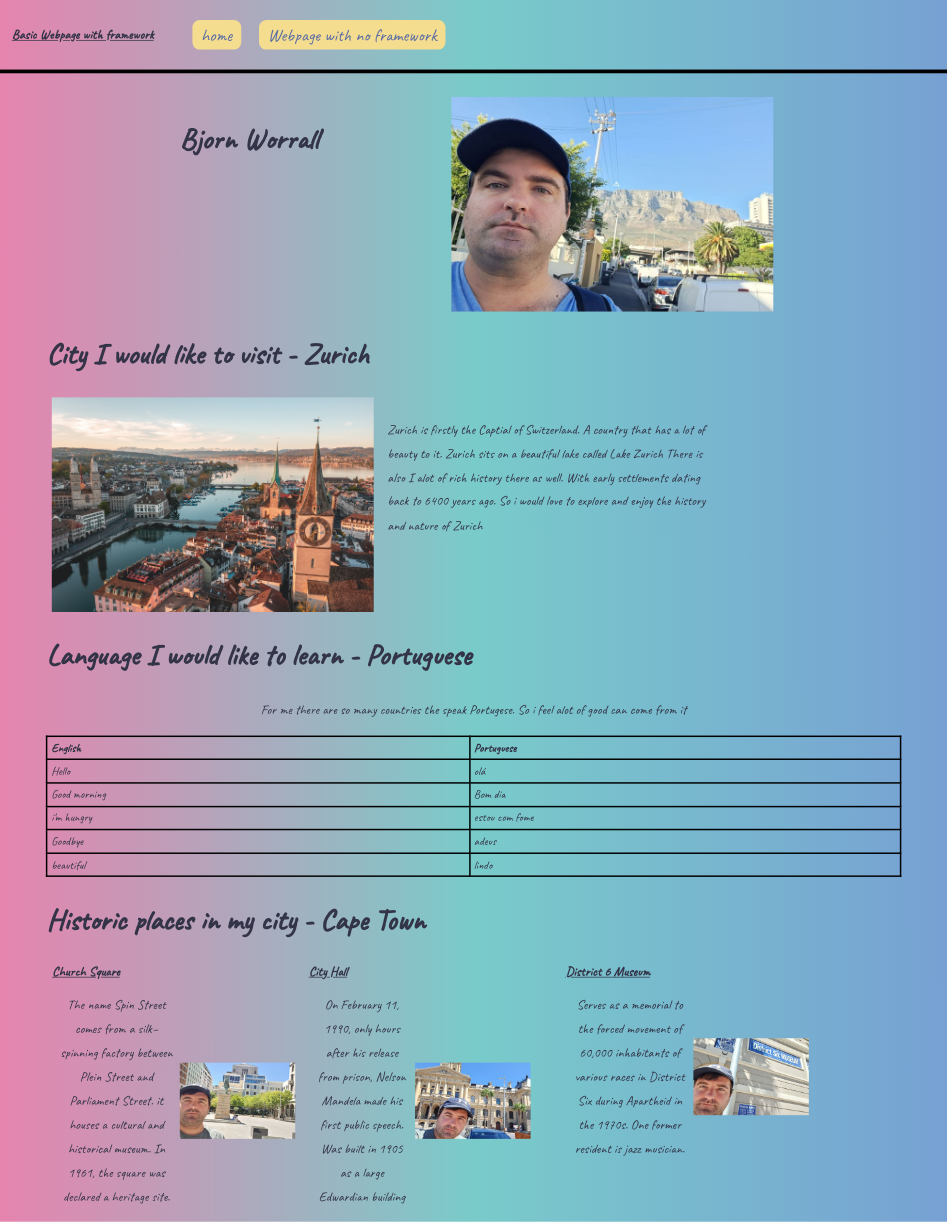
Repository: lasity34/basic-webpage
Page: my - webpage - grid.html
The author's editor kept a copy of each file at every save. The page is drawn from the files as they stood at one save, then again after the next save.
The browser window is 1280 px wide. The pictures show the whole page, at 74% of full size.

Above is the page before, as saved 2023-03-07 14:43:27.

### my - webpage - grid.html
<!DOCTYPE html>
<html lang="en">
  <link rel="stylesheet" type="text/css" href="simple-grid.css" />
  <!-- <link rel="stylesheet" type="text/css" href="styles.css" /> -->
  <link rel="preconnect" href="https://fonts.googleapis.com" />
  <link rel="preconnect" href="https://fonts.gstatic.com" crossorigin />
  <link
    href="https://fonts.googleapis.com/css2?family=Caveat&display=swap"
    rel="stylesheet"
  />

  <head>
    <meta charset="UTF-8" />
    <meta http-equiv="X-UA-Compatible" content="IE=edge" />
    <meta name="viewport" content="width=device-width, initial-scale=1.0" />
    <title>Bjorns Profile Reponsive</title>
  </head>
  <body>
    <header>
      <nav id="nav_profile">
        <h4>Basic Webpage with framework</h4>
        <ul>
          <li><a href="./index.html">home</a></li>
          <li><a href="./my - webpage.html">Webpage with no framework</a></li>
        </ul>
      </nav>
    </header>
    <main>
      <div class="container">
        <section class="row">
          <div class="col-6">
            <h1 id="profile_name">Bjorn Worrall</h1>
          </div>
          <img
            class="col-5"
            src="./images/profile.jpg"
            alt="A picture of me with table Mountain at the back"
          />
        </section>
        <section class="row">
          <h1>City I would like to visit - Zurich</h1>
          <div id="city_container">
            <img src="./images/zurich.jpg" class="col-5" />
            <p class="col-5">
              Zurich is firstly the Captial of Switzerland. A country that has a
              lot of beauty to it. Zurich sits on a beautiful lake called Lake
              Zurich There is also I alot of rich history there as well. With
              early settlements dating back to 6400 years ago. So i would love
              to explore and enjoy the history and nature of Zurich
            </p>
          </div>
        </section>
        <section id="language">
          <h1>Language I would like to learn - Portuguese</h1>
          <p>
            For me there are so many countries the speak Portugese. So i feel
            alot of good can come from it
          </p>

          <table>
            <tr>
              <th>English</th>
              <th>Portuguese</th>
            </tr>
            <tr>
              <td>Hello</td>
              <td>olá</td>
            </tr>
            <tr>
              <td>Good morning</td>
              <td>Bom dia</td>
            </tr>
            <tr>
              <td>i'm hungry</td>
              <td>estou com fome</td>
            </tr>
            <tr>
              <td>Goodbye</td>
              <td>adeus</td>
            </tr>
            <tr>
              <td>beautiful</td>
              <td>lindo</td>
            </tr>
          </table>
        </section>

        <!-- historic places -->

        <section class="row">
          <h1>Historic places in my city - Cape Town</h1>
          <div class="col-4">
            <h4>Church Square</h4>
            <div class="align">
              <p class="col-6-sm col-6">
                The name Spin Street comes from a silk–spinning factory between
                Plein Street and Parliament Street. it houses a cultural and
                historical museum. In 1961, the square was declared a heritage
                site.
              </p>
              <img class="col-6-sm col-6" src="./images/church_square.jpg" />
            </div>
          </div>
          <div class="col-4">
            <h4>City Hall</h4>
            <div class="align">
              <img class="col-6-sm col-6" src="./images/city_hall.jpg" />
              <div class="col-6-sm col-5" id="places_info_hall">
                <p>
                  On February 11, 1990, only hours after his release from
                  prison, Nelson Mandela made his first public speech. Was built
                  in 1905 as a large Edwardian building
                </p>
              </div>
            </div>
          </div>
          <div class="col-4">
            <h4>District 6 Museum</h4>
            <div class="align">
              <p class="col-6-sm col-6">
                Serves as a memorial to the forced movement of 60,000
                inhabitants of various races in District Six during Apartheid in
                the 1970s. One former resident is jazz musician.
              </p>
              <img class="col-6-sm col-6" src="./images/district_6.jpg" />
            </div>
          </div>
        </section>
      </div>
    </main>
  </body>
</html>

### simple-grid.css
/**
*** SIMPLE GRID
*** (C) ZACH COLE 2016
**/

@import url(https://fonts.googleapis.com/css?family=Lato:400,300,300italic,400italic,700,700italic);

/* UNIVERSAL */

html,
body {
  height: 100%;
  width: 100%;
  margin: 0;
  padding: 0;
  left: 0;
  top: 0;
  font-size: 100%;
  background: #77a1d3; /* fallback for old browsers */
  background: -webkit-linear-gradient(
    to right,
    #e684ae,
    #79cbca,
    #77a1d3
  ); /* Chrome 10-25, Safari 5.1-6 */
  background: linear-gradient(
    to right,
    #e684ae,
    #79cbca,
    #77a1d3
  ); /* W3C, IE 10+/ Edge, Firefox 16+, Chrome 26+, Opera 12+, Safari 7+ */
}

/* ROOT FONT STYLES */

/* * {
  font-family: "Lato", Helvetica, sans-serif;

  line-height: 1.5;
} */

/* TYPOGRAPHY */

h1 {
  font-size: 2.5rem;
}

h2 {
  font-size: 2rem;
}

h3 {
  font-size: 1.375rem;
}

h4 {
  font-size: 1.125rem;
  text-align: left;
  margin: 0;
  text-decoration: underline;
}

h5 {
  font-size: 1rem;
}

h6 {
  font-size: 0.875rem;
}

p {
  font-size: 1.125rem;
  font-weight: 200;
  line-height: 1.8;
}

.font-light {
  font-weight: 300;
}

.font-regular {
  font-weight: 400;
}

.font-heavy {
  font-weight: 700;
}

/* POSITIONING */

.left {
  text-align: left;
}

.right {
  text-align: right;
}

.center {
  text-align: center;
  margin-left: auto;
  margin-right: auto;
}

.justify {
  text-align: justify;
}

/* ==== GRID SYSTEM ==== */

.container {
  width: 100%;
  margin-left: auto;
  margin-right: auto;
}

.row {
  position: relative;
  width: 100%;
}

.row [class^="col"] {
  float: left;
  margin-left: 0.5em;
  min-height: 0.125rem;
}

.col-1,
.col-2,
.col-3,
.col-4,
.col-5,
.col-6,
.col-7,
.col-8,
.col-9,
.col-10,
.col-11,
.col-12 {
  width: 96%;
}

.col-1-sm {
  width: 4.33%;
}

.col-2-sm {
  width: 12.66%;
}

.col-3-sm {
  width: 21%;
}

.col-4-sm {
  width: 29.33%;
}

.col-5-sm {
  width: 37.66%;
}

.col-6-sm {
  width: 46%;
}

.col-7-sm {
  width: 54.33%;
}

.col-8-sm {
  width: 62.66%;
}

.col-9-sm {
  width: 71%;
}

.col-10-sm {
  width: 79.33%;
}

.col-11-sm {
  width: 87.66%;
}

.col-12-sm {
  width: 96%;
}

.row::after {
  content: "";
  display: table;
  clear: both;
}

.hidden-sm {
  display: none;
}

@media only screen and (min-width: 45em) {
  /* 720px */
  .col-1 {
    width: 4.33%;
  }

  .col-2 {
    width: 12.66%;
  }

  .col-3 {
    width: 21%;
  }

  .col-4 {
    width: 29.33%;
  }

  .col-5 {
    width: 37.66%;
  }

  .col-6 {
    width: 46%;
  }

  .col-7 {
    width: 54.33%;
  }

  .col-8 {
    width: 62.66%;
  }

  .col-9 {
    width: 71%;
  }

  .col-10 {
    width: 79.33%;
  }

  .col-11 {
    width: 87.66%;
  }

  .col-12 {
    width: 96%;
  }

  .hidden-sm {
    display: block;
  }
}

@media only screen and (min-width: 60em) {
  /* 960px */
  .container {
    width: 95%;
    max-width: 90rem;
  }
}

* {
  font-family: "Caveat", "Arial Narrow", Arial, sans-serif;
  color: #333447;
}

/* Nav bar */

#city_container p {
  text-align: left;
 padding: 0.5em;
}



#landing_title {
  text-align: center;
}

header {
  border-bottom: 5px solid black;
  padding: 1em;
}

#nav_landing {
  height: 80vh;
  display: flex;
  justify-content: space-around;
  align-items: center;
}

#nav_landing ul {
  display: flex;
  justify-content: space-around;
  align-content: center;
  height: 13vh;
}

a:hover {
  background-color: black;
  color: green;
}

a:hover {
  color: green;
}

a {
  text-decoration: none;
  background-color: #f5dd90;
  color: #586ba4;
  width: 80%;
  padding: 0.2em 0.5em;
  margin: 1em 0.5em;
  font-size: 1.5rem;
  border-radius: 10px;
  height: 8vh;
}

li {
  list-style: none;
}

/* global */

main {
  max-width: 95%;
  margin: 2rem auto;
  text-align: center;
}

#profile_section {
  text-align: center;
}

.align {
  display: flex;
  align-items: center;
}

.flex {
  display: flex;
}

table {
  margin: auto;
  border-collapse: collapse;
  border-spacing: 0;
}

td,
th {
  border: 2px solid black;
  padding: 0.3em;
  width: 1%;
  text-align: left;
}

/* 447px */

@media (max-width: 547px) {
  .align {
    text-align: center;
    flex-direction: column;
    align-content: center;
  }

  #places_info_hall {
    order: -1;
    padding-left: 0;
  }

  .places_info,
  #places_info_hall {
    margin-bottom: 2em;
  }

  .col-5-sm,
  .col-6-sm {
    width: 100%;
  }

  h4 {
    text-align: center;
  }
}

@media (max-width: 719px) {
  #nav_profile ul {
    display: block;

    margin: 0 auto;
  }

  #nav_profile li {
    margin-top: 1em;
    text-align: center;
  }

  #nav_profile a {
    font-size: 1.1rem;
  }

  #nav_profile h4 {
    text-align: center;
  }
}

/* max-width 800px */

@media (max-width: 800px) {
  .history_container {
    margin-bottom: 1em;
  }

  .col-6-sm {
    margin: 0.5em;
  }
}

@media (min-width: 720px) {
  #places_info_hall {
    order: -1;
  }

  h1 {
    text-align: left;
  }

  #profile_name {
    text-align: center;
  }
  #nav_profile ul {
    display: flex;
  }

  #nav_profile {
    display: flex;
    align-items: center;
  }
}

After the next save:
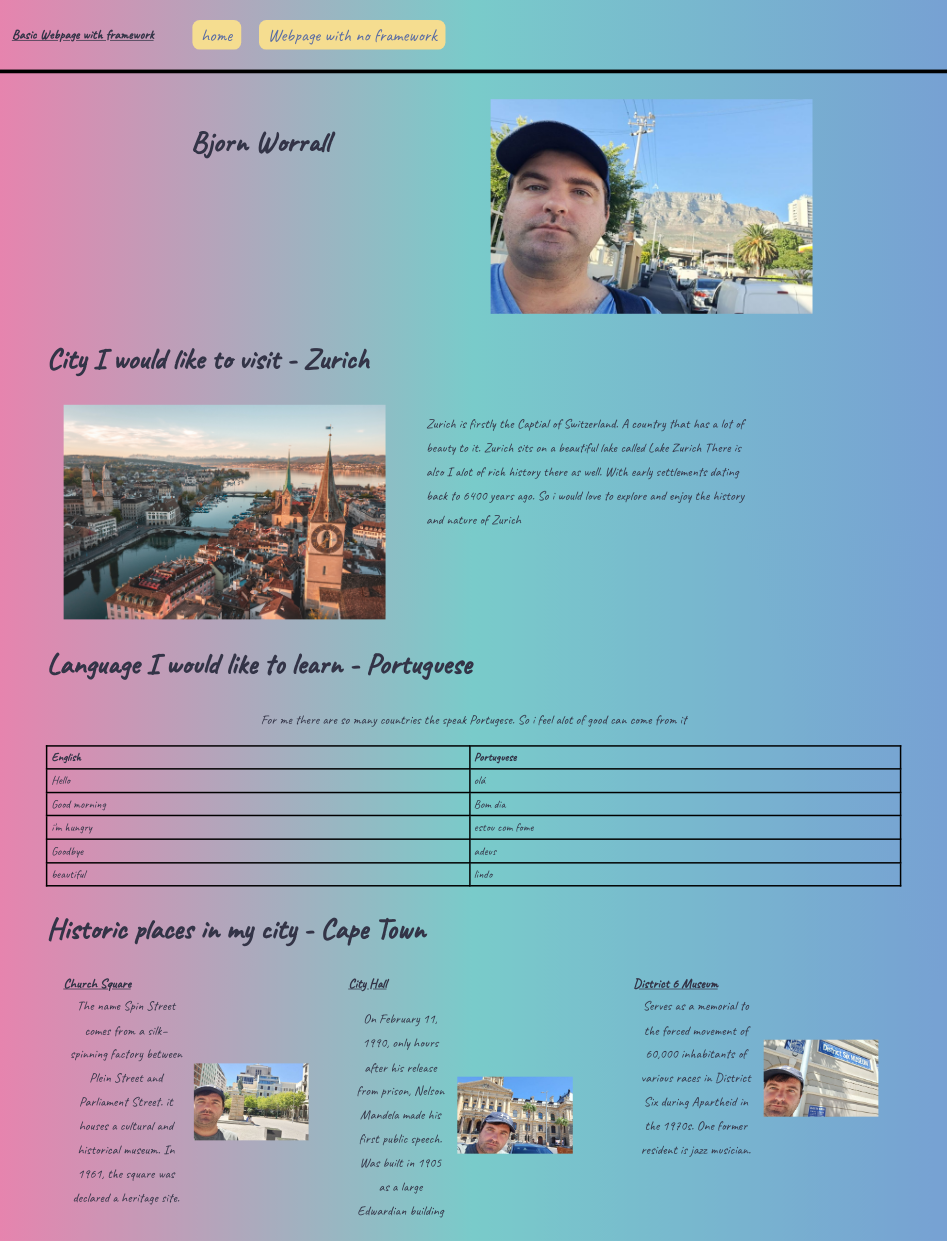
Saved 52 s later.
--- a/simple-grid.css
+++ b/simple-grid.css
@@ -121,7 +121,7 @@ p {
 
 .row [class^="col"] {
   float: left;
-  margin-left: 0.5em;
+  margin: 0.2em 2%;
   min-height: 0.125rem;
 }
 
